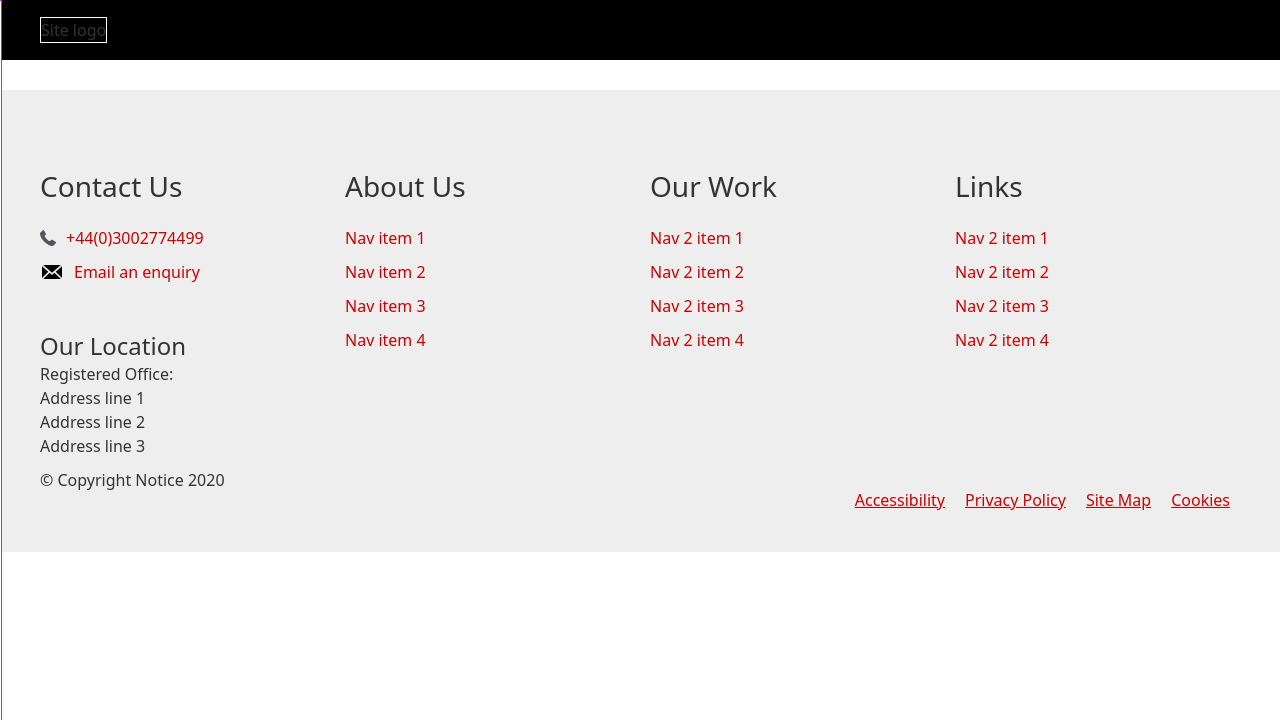
Repository: DaveBaulch/react-cms-components-typescript-styled
Page: /
These files come from the project's save history. The page is drawn as it stood at one moment and after a run of saves; the edit follows.
The browser window is 1280 px wide. The pictures show the whole page.
The project was rebuilt for these pictures with package versions that can differ from the ones it lists, and the page was loaded fresh each time.

Above is the page before, as saved 2020-12-17 16:05:36.

### src/sass/_base-styles.scss
@import 'utilities/variables';
@import 'utilities/mixins';
@import 'utilities/animations';

@import 'base/fonts';
@import 'base/resets';
@import 'base/elements';
@import 'base/typography';
@import 'base/forms';

@import 'helpers/text';
@import 'helpers/spacing';
@import 'helpers/colors';

@import 'global/header';
@import 'global/sidenav';
@import 'global/sidenavtoggle';
@import 'global/footer';

@import 'layout/layout';

### src/components/Global/SidenavToggle.js
import React from 'react';
const SidenavToggle = ({ onNavClick }) => {
  return (
    <div className="drawer-toggle" role="button" onClick={() => onNavClick()}>
      <div className="bar"></div>
      <div className="bar"></div>
      <div className="bar"></div>
    </div>
  );
};

export default SidenavToggle;

### src/sass/utilities/_variables.scss
// -------------------------
// 'true' is default
//  setting this creates extra responsive classes targetting defined breakpoints
//  eg the 'visually-hidden' mixin
$responsive: true !default;

// Custom 'brand' fonts
//$font: 'Open Sans', sans-serif; //Available weights 400,600,700
$font: 'Noto Sans', sans-serif;
// https://fonts.google.com/specimen/Noto+Sans?selection.family=Noto+Sans
// 400,400i,700,700i

$font-weight-light: 400;
$font-weight-normal: 400;
$font-weight-bold: 700;

// Let's set the base font size to 62.5% (10px) for easier calculations
$base-font-size: 62.5%;
$base-line-height: 1.5 !default;

$body-font-desktop: 1.6rem; // = 16px
$body-font-mobile: 1.6rem; // = 16px

// Breakpoints
// -------------------------

// Named breakpoints
$breakpoint-xs: 320px;
$breakpoint-sm: 576px;
$breakpoint-md: 768px;
$breakpoint-lg: 992px;
$breakpoint-xl: 1200px;

$xs-min: 0;
$xs-max: ($breakpoint-sm - 1);

$sm-min: $breakpoint-sm;
$sm-max: ($breakpoint-md - 1);

$md-min: $breakpoint-md;
$md-max: ($breakpoint-lg - 1);

$lg-min: $breakpoint-lg;
$lg-max: ($breakpoint-xl - 1);

$xl-min: $breakpoint-xl;

// Colors
// -------------------------

// Base colors
$white: #fff;
$black: #000;

$grey-dark: #616161;
$grey-light: #ddd;
$grey-lighter: #eee;

$blue: #06c;
$green: #298700;
$red: #db1731;
$yellow: #fd0;

// Background color
$body-bg-color: #fff !default;

// Brand colors
$brand-color-1: $grey-light;

// Text colors
$color-text: #333;
$color-headings: #333;
$color-error: #eee;

// Link colors
$color-link-active: #c00;
$color-link-visited: #c00;
$color-link-hover: #333;
$color-link-focus: #d4d4d4;
$color-link-disabled: #d4d4d4;

// Form colors
$color-invalid: #f0dddd;

// Borders
// -------------------------

// Border colors
$color-border: $grey-light;
$color-border-dark: $grey-dark;
$color-border-light: $grey-lighter;

// Border styling
$border-radius: 5px;
$border-width: 1px;
$border-style: solid;
$border-color: $color-border;

$border: $border-width $border-style $border-color;

// Focus state styling
$focus-outline-width: 2px;
$focus-outline-style: solid;
$focus-outline-color: $red;
$focus-outline: $focus-outline-width $focus-outline-style $focus-outline-color;
$focus-outline-offset: 0;

// Default projext transitions
$transition-speed: 0.4s;
$transition-easing: ease;

// some different speed variables
$transition-speed-slow: 1.2s;
$transition-speed-medium: 0.8s;
$transition-speed-fast: 0.2s;

  // complete transitions

$transition-opacity: opacity 0.3s ease;
$transition-opacity-fast: opacity 0.2s ease;
$transition-opacity-slow: opacity 0.5s ease;
$transition-opacity-slower: opacity 0.8s ease;
$transition-opacity-in-out: all 0.3s ease-in-out;
$transition-opacity-in-out-fast: all 0.1s ease-in-out;


// z-index scale
// --------------------------------------------------
$z-index-1: 100;
$z-index-2: 200;
$z-index-3: 300;
$z-index-4: 400;
$z-index-5: 500;
$z-index-6: 600;
$z-index-7: 700;
$z-index-8: 800;
$z-index-9: 900;
$z-index-10: 1000;

### src/sass/utilities/_mixins.scss
@mixin fill {
  width: 100%;
  height: 100%;
}

@mixin imageCover {
  object-fit: cover;
  @include fill;
}

@mixin absoluteFill {
  display: block;
  position: absolute;
  top: 0;
  left: 0;
  @include fill;
}

@mixin textGradient($top: $brand-primary, $bottom: $brand-light) {
  background: linear-gradient($top, $bottom);
  background-clip: text;
  -webkit-text-fill-color: transparent;
}

// accessible text
@mixin sr-only {
  border: 0 !important;

  height: 1px !important;
  margin: (-1px) !important;
  overflow: hidden !important;
  padding: 0 !important;
  position: absolute !important;
  width: 1px !important;
}

// breakpoints
// uses breakpoints defined in variables.scss
@mixin breakpoint($point, $value: 0) {
  @if $point==xs {
    @media screen and (max-width: $xs-max) {
      @content;
    }
  } @else if $point==sm {
    @media screen and (min-width: $sm-min) {
      @content;
    }
  } @else if $point==md {
    @media screen and (min-width: $md-min) {
      @content;
    }
  } @else if $point==lg {
    @media screen and (min-width: $lg-min) {
      @content;
    }
  } @else if $point==xl {
    @media screen and (min-width: $xl-min) {
      @content;
    }
  } @else {
    @media screen and ($point: $value) {
      @content;
    }
  }
}

@mixin between-breakpoints($min, $max) {
  @media screen and (min-width: $min) and (max-width: $max) {
    @content;
  }
}

@mixin full-width {
  width: 100vw;
  position: relative;
  left: 50%;
  right: 50%;
  margin-left: -50vw;
  margin-right: -50vw;
}

### src/sass/utilities/_animations.scss
@keyframes fadeIn {
    from {
      opacity: 0;
      visibility: hidden;
    }
    to {
      opacity: 1;
      visibility: visible;
    }
  }

@keyframes fadeOut {
    from {
      opacity: 1;
      visibility: visible;
    }
    to {
      opacity: 0;
      visibility: hidden;
    }
  }

@keyframes slideTop {
  0% {
    transform: translateY(100px);
  }
  100% {
    transform: translateY(0);
  }
}

@mixin fadeIn($duration: 0.3s) {
  animation: {
    name: fadeIn;
    fill-mode: forwards;
    duration: #{$duration};
  }
}

@mixin fadeOut($duration: 0.3s) {
  animation: {
    name: fadeOut;
    fill-mode: forwards;
    duration: #{$duration};
  }
}

### src/sass/base/_fonts.scss
// @font-face {
//   font-family: 'hurme';
//   src: url('~assets/fonts/hurme/hurme-light.otf') format('opentype');
//   font-weight: $font-weight-light;
// }

// @font-face {
//   font-family: 'hurme';
//   src: url('~assets/fonts/hurme/hurme-regular.otf') format('opentype');
//   font-weight: $font-weight-normal;
// }

// @font-face {
//   font-family: 'hurme';
//   src: url('~assets/fonts/hurme/hurme-semiBold.otf') format('opentype');
//   font-weight: $font-weight-bold;
// }

### src/sass/base/_resets.scss
html {
  //Prevent iOS input highlighting
  box-sizing: border-box;
  font-size: $base-font-size;
  -webkit-tap-highlight-color: rgba(0, 0, 0, 0);
}

body {
  -moz-osx-font-smoothing: grayscale;
  -webkit-font-smoothing: antialiased;
  background-color: $body-bg-color;
  color: $color-text;
  font-size: $body-font-mobile;
  line-height: $base-line-height;
  text-align: left;
  margin: 0;
  padding: 0;
  font-weight: $font-weight-light;

  @include breakpoint(lg) {
    font-size: $body-font-desktop;
  }
}

html,
body {
  max-width: 100% !important;
  overflow-x: hidden !important;
}

img {
  display: block;
  height: auto;
  -ms-interpolation-mode: bicubic;
  // option to make images responsive by default
  max-width: 100%;
}

### src/sass/base/_elements.scss
button {
  cursor: pointer;
  margin: 0;
}

img {
  max-width: 100%;
  pointer-events: none;

  &:not([src]) {
    visibility: hidden;
  }
}

.img-responsive {
  display: block;
  height: auto;
  max-width: 100%;
  width: 100%;
}

a {
  text-decoration: none;
  color: inherit;
}

ul:not([class]) {
  list-style: disc;
}

ol:not([class]) {
  list-style: decimal;
}

### src/sass/base/_typography.scss
body {
  font-family: $font;
  font-weight: $font-weight-normal;
}

// Generic heading styling

h1,
h2,
h3,
h4,
h5 {
  margin: 0;
  padding: 0;
  margin-top: 2rem;
  color: $color-headings;
  font-weight: $font-weight-bold;
}

h1 {
  font-size: 2rem;
  font-weight: 00;
  line-height: 1.6;

  @include breakpoint(lg) {
    font-size: 3.2rem;
    line-height: 1.5;
  }
}

h2 {
  font-size: 2rem;
  font-weight: 400;
  line-height: 1.4;
  margin: 2.9rem 0 0 0;

  @include breakpoint(lg) {
    font-size: 2.8rem;
    line-height: 1.43;
    margin: 4.6rem 0 0 0;
  }
}

h3 {
  font-size: 1.8rem;
  font-weight: 400;
  line-height: 1.33;
  margin: 2.9rem 0 0 0;

  @include breakpoint(lg) {
    font-size: 2.4rem;
    line-height: 1.33;
    margin: 4.6rem 0 0 0;
  }
}

h4 {
  font-size: 1.8rem;
  font-weight: 400;
  line-height: 1.5;
  margin: 2.9rem 0 0 0;


  @include breakpoint(lg) {
    font-size: 2.4rem;
    line-height: 1.4;
    margin: 4.6rem 0 0 0;
  }
}

h5 {
  font-size: 1.8rem;
  font-weight: 400;
  line-height: 1.5;
  margin: 2.9rem 0 0 0;

  @include breakpoint(lg) {
    font-size: 2.4rem;
    line-height: 1.56;
    margin: 4.6rem 0 0 0;
  }
}

// Link styles

a {
  color: $color-link-active;
  text-decoration: underline;
}

a:visited {
  color: $color-link-visited;
}

a:hover {
  color: $color-link-hover;
}

a:focus {
  color: $color-link-hover;
  outline: $focus-outline;
}

// Standard text paragraphs

p {
  margin: 2rem 0 0 0;
  padding: 0;
}

// List styles
ol,
ul {
  margin: 2rem 0 0 0;
  padding: 0;
  list-style: none;

  &:not([class]) {
    margin: 0 1.22rem 0.8rem 1.5rem;
    list-style-position: inside;
  }
}

ol:not([class]) {
  list-style-type: decimal;
}

ul:not([class]) {
  list-style-type: disc;
}

// Definition list styles

dl {
}

dt {
  font-weight: bold;
}

// Opinionated styling of typographic elements

hr {
  height: 1px;
  margin: 1em 0;
  padding: 0;
  display: block;
  border: 0;
  border-top: 1px solid $grey-light;
}

blockquote {
  margin: 0;
  padding: 0 10px;
}

ins {
  background: $red;
  color: $black;
  text-decoration: none;
}

mark {
  font-style: italic;
  font-weight: bold;
}

pre {
  white-space: pre-wrap;
  word-wrap: break-word;
}

### src/sass/base/_forms.scss
form {
  margin: 0;
}

// overrides fieldset styling in  _normalize.scss
fieldset {
  border: 0;
  margin: 0;
  padding: 0;
}

label,
.form__label {
  margin: 3rem 0 0 0;
  display: block;
  clear: both;
  font-weight: normal;
}

button,
input,
select,
textarea {
  font-size: $body-font-desktop;
  font-family: $font;
}

textarea {
  resize: vertical;
}

legend {
  white-space: normal;
}

button {
  line-height: normal;
}

input:valid,
textarea:valid {
}

input:invalid,
textarea:invalid {
  background-color: #f0dddd;
}

::-webkit-input-placeholder {
  color: $color-text;
  opacity: 1;
}

::-moz-placeholder {
  color: $color-text;
  opacity: 1;
}

:-ms-input-placeholder {
  color: $color-text;
  opacity: 1;
}

// To add, with examples

// Form structure

.form-wrapper {
  width: 210px;

  @include breakpoint(sm) {
    width: 360px;
  }
}

//wrapper for a label, element and associated validation
.form__group {
  width: 210px;
  margin: 0 0 15px 0;

  @include breakpoint(sm) {
    width: 360px;
  }
}

//wrapper for multiple grouped inline groups - eg date/time/year fields
.form__group-wrapper {
  overflow: hidden;
  margin-bottom: 1.5em;
}

//wrapper for form element and validation
.form__item {
}

.validation {
  display: none;
}

.has-error,
.validation,
.field-validation-error {
  clear: both;
  display: block;
  color: $red;
}

input[type='text'],
input[type='email'],
input[type='password'],
textarea,
select {
  width: 100%;
  height: auto;
  display: block;
  padding: 0.7rem;
  color: $color-text;
  background-color: $white;
  background-image: none;
  border: $border;
  margin-top: 1rem;

  &:active,
  &:focus {
    outline: 0;
    border: $focus-outline;
  }

  &:disabled {
    background-color: $color-link-disabled;
  }
}

select {
  padding: 1.2rem 0.7rem;
}

.select-day {
  width: 65px;
  margin: side-values(0 2px 0 0);

  @include breakpoint(sm) {
    width: 118px !important;
  }
}

.select-month {
  width: 65px;
  margin: side-values(0 2px 0 0);

  @include breakpoint(sm) {
    width: 118px !important;
  }
}

.select-year {
  width: 74px;
  margin: side-values(0 2px 0 0);

  @include breakpoint(sm) {
    width: 118px !important;
  }
}


input[type='radio'],
input[type='checkbox'] {
  margin: side-values(0 5px 0 0);
}

input[type='submit'],
input[type='reset'] {
  padding: 6px 20px;
}

.radio,
.checkbox {
  clear: both;
  display: block;
}

// .checkbox-inline-group  (for horizontal groups of checkboxes)
// .radio-inline-group     (for horizontal groups of radio buttons)

.radio-inline-group,
.checkbox-inline-group {
  display: flex;
}

.radio-inline-group__item,
.checkbox-inline-group__item {
  margin: side-values(0 30px 0 0);
}

// .form--horizontal  (for labels inline with form elements)

.form--horizontal {
  @include breakpoint(sm) {
    width: 600px;
  }

  .form__group {
    @include breakpoint(sm) {
      width: 600px;
      display: flex;
    }
  }

  label,
  .form__label {
    @include breakpoint(sm) {
      width: 250px;
      margin: side-values(0 10px 0 0);
    }
  }

  .form__item {
    @include breakpoint(sm) {
      width: 340px;
    }
  }
}

// .form--inline  (for groups of elements on a single line)

.form--inline {

  @include breakpoint(sm) {
    width: 630px;
    display: flex;
  }

  .form__group {
    margin-bottom: 5px;

    @include breakpoint(sm) {
      width: 150px;
      margin: side-values(0 5px 0 0);
    }
  }

  .form__item {
    @include breakpoint(sm) {
      width: 150px;
    }
  }

  // .btn {
  // }
}

// Suggestion

// Form error states:
// .has-error
// .has-success
// .has-warning

// Error state icons
// .has-feedback

// uppercase input text but not placeholder
// useful for fields such as postcodes, car registration numbers etc
input.uppercase::-moz-placeholder {
  text-transform: none !important;
}

input.uppercase::-webkit-input-placeholder {
  text-transform: none !important;
}

input.uppercase:-ms-input-placeholder {
  text-transform: none !important;
}

// Example of CSS radio buttons
// See: http://www.sitepoint.com/replacing-radio-buttons-without-replacing-radio-buttons/
// There is a known issue with Samsung Android 4 (also early iOS) but this works tested on S3 and S4
// However, please test thoroughly on all supported devices and raise and issues


.styled-radio-buttons {
  /* One radio button per line */

  label {
    display: block;
    line-height: 2.5;
    font-size: 1.5em;
  }

  /* HTML5 Boilerplate accessible hidden styles */
  [type='radio'] {
    border: 0;
    clip: rect(0 0 0 0);
    height: 1px;
    margin: -1px;
    overflow: hidden;
    padding: 0;
    position: absolute;
    width: 1px;
  }

  [type='radio']+span {
    display: block;
  }

  /* the basic, unchecked style */
  [type='radio']+span::before {
    content: '';
    display: inline-block;
    width: 1em;
    height: 1em;
    vertical-align: -0.25em;
    border-radius: 1em;
    border: 0.125em solid #fff;
    box-shadow: 0 0 0 0.15em #000;
    margin: side-values(0 0.75em 0 0);
    transition: 0.5s ease all;
  }

  /* the checked style using the :checked pseudo class */
  [type='radio']:checked+span::before {
    background: green;
    box-shadow: 0 0 0 0.25em #000;
  }

  /* never forget focus styling */
  [type='radio']:focus+span::after {
    content: '\0020\2190';
    font-size: 1.5em;
    line-height: 1;
    vertical-align: -0.125em;
  }
}


//Example of CSS Checkbox
.styled-checkbox {
  /* One radio button per line */

  label {
    display: block;
    line-height: 2.5;
    font-size: 1.5em;
  }

  /* HTML5 Boilerplate accessible hidden styles */
  [type='checkbox'] {
    border: 0;
    clip: rect(0 0 0 0);
    height: 1px;
    margin: -1px;
    overflow: hidden;
    padding: 0;
    position: absolute;
    width: 1px;
  }

  [type='checkbox']+span {
    display: block;
  }

  /* the basic, unchecked style */
  [type='checkbox']+span::before {
    content: '';
    display: inline-block;
    width: 1em;
    height: 1em;
    vertical-align: -0.25em;
    border: 0.125em solid #fff;
    box-shadow: 0 0 0 0.15em #000;
    margin: side-values(0 0.75em 0 0);
    transition: 0.5s ease all;
  }

  /* the checked style using the :checked pseudo class */
  [type='checkbox']:checked+span::before {
    background: green;
    box-shadow: 0 0 0 0.25em #000;
  }

  /* never forget focus styling */
  [type='checkbox']:focus+span::after {
    content: '\0020\2190';
    font-size: 1.5em;
    line-height: 1;
    vertical-align: -0.125em;
  }
}



//Default (styled) radio button (to be used as standard radio button styles without the class round it)
//This will make it work straight from a CMS
.default-radio {
  /* One radio button per line */

  label {
    display: block;
    line-height: 2.5;
    font-size: 1.5em;
  }

  /* HTML5 Boilerplate accessible hidden styles */
  [type='radio'] {
    border: 0;
    clip: rect(0 0 0 0);
    height: 1px;
    margin: -1px;
    overflow: hidden;
    padding: 0;
    position: absolute;
    width: 1px;
  }

  /* the basic, unchecked style */
  [type='radio']+label::before {
    content: '';
    display: inline-block;
    width: 1em;
    height: 1em;
    vertical-align: -0.25em;
    border-radius: 1em;
    border: 0.125em solid #fff;
    box-shadow: 0 0 0 0.15em #000;
    margin: side-values(0 0.75em 0 0);
    transition: 0.5s ease all;
  }

  /* the checked style using the :checked pseudo class */
  [type='radio']:checked+label::before {
    background: green;
    box-shadow: 0 0 0 0.25em #000;
  }

  /* never forget focus styling */
  [type='radio']:focus+label::after {
    content: '\0020\2190';
    font-size: 1.5em;
    line-height: 1;
    vertical-align: -0.125em;
  }
}

//Default (styled) checkbox (to be used as standard checkbox styles without the class round it)
//This will make it work straight from a CMS
.default-checkbox {
  /* One checkbox button per line */

  label {
    display: block;
    line-height: 2.5;
    font-size: 1.5em;
  }

  /* HTML5 Boilerplate accessible hidden styles */
  [type='checkbox'] {
    border: 0;
    clip: rect(0 0 0 0);
    height: 1px;
    margin: -1px;
    overflow: hidden;
    padding: 0;
    position: absolute;
    width: 1px;
  }

  [type='checkbox']+label {
    display: block;
  }

  /* the basic, unchecked style */
  [type='checkbox']+label::before {
    content: '';
    display: inline-block;
    width: 1em;
    height: 1em;
    vertical-align: -0.25em;
    border: 0.125em solid #fff;
    box-shadow: 0 0 0 0.15em #000;
    margin: side-values(0 0.75em 0 0);
    transition: 0.5s ease all;
  }

  /* the checked style using the :checked pseudo class */
  [type='checkbox']:checked+label::before {
    background: green;
    box-shadow: 0 0 0 0.25em #000;
  }

  /* never forget focus styling */
  [type='checkbox']:focus+label::after {
    content: '\0020\2190';
    font-size: 1.5em;
    line-height: 1;
    vertical-align: -0.125em;
  }
}

### src/sass/helpers/_text.scss
.uppercase {
  text-transform: uppercase;
}

.font-light {
  font-weight: $font-weight-light;
}

.font-normal {
  font-weight: $font-weight-normal;
}

.font-bold {
  font-weight: $font-weight-bold;
}

.sr-only {
  @include sr-only;
}

### src/sass/helpers/_spacing.scss
.no-padding {
  padding: 0;
}

.no-margin {
  margin: 0;
}

### src/sass/helpers/_colors.scss
// .bg-white {
//   background-color: $brand-white;
// }
// .bg-white-alt {
//   background-color: $brand-white-alt;
// }
// .bg-black {
//   background-color: $brand-black;
// }
// .bg-primary {
//   background-color: $brand-primary;
// }
// .bg-primary-alt {
//   background-color: $brand-primary-alt;
// }
// .bg-dark {
//   background-color: $brand-dark;
// }
// .bg-dark-alt {
//   background-color: $brand-dark-alt;
// }
// .bg-light {
//   background-color: $brand-lightest;
// }
// .bg-light-alt {
//   background-color: $brand-light-alt;
// }

### src/sass/global/_header.scss
.header-container {
  width: 100%;
  min-height: 60px;
  background-color: $black;
  position: fixed;
  top: 0;

  @include breakpoint(md) {
    position: relative;
  }
}

.header {
  width: 100%;
  min-height: 60px;
  display: flex;
  justify-content: space-between;
  align-items: center;
  background-color: $black;
  box-sizing: border-box;
  padding: 0;
}

.logo {
  margin: 0;
  padding: 0;
  border: 1px solid $white;
}

.logo__link {
  margin: 0;
  padding: 1rem;
  text-decoration: none;
  color: $white;
  display: block;
}

.navigation-items {
  display: none;

  @include breakpoint(md) {
    display: block;
  }
}

### src/sass/global/_sidenav.scss
.sidenav-container {
  height: 100vh;
  width: 1px;
  position: fixed;
  top: 0;
  left: 0;
  z-index: 100;
}

.sidenav-backdrop {
  width: 100%;
  height: 100%;
  background-color: rgba(0, 0, 0, 0.7);
  position: fixed;
  top: 0;
  left: 0;
}

.sidenav-wrapper {
  width: 300px;
  height: 100vh;
  background-color: white;
  transition: all 0.3s ease-out;
  transform: translateX(-300px);
  border: 1px solid #f0f;
  z-index: 1000;
}

.nav-active .sidenav-wrapper {
  transform: translateX(0);
}

.sidenav {
  height: 100%;
  width: 300px;
  background-color: white;
  //z-index: 10000;
  // position: fixed;
  // top: 0;
  // left: 0;
  box-sizing: border-box;
  padding: 30px;
}

// .slide-side-enter-active,
// .slide-side-leave-active {
//   transition: all 0.3s ease-out;
// }
// .slide-side-enter,
// .slide-side-leave-to {
//   transform: translateX(-100%);
// }

.nav-list {
  list-style: none;
  padding: 0;
  margin: 0;
}

.nav-item {
  margin: 20px 0;
}

.nav-item a {
  text-decoration: none;
  color: black;
  font-size: 1.5rem;
}

.nav-item a:hover,
.nav-item a:active {
  color: red;
}

### src/sass/global/_sidenavtoggle.scss
.drawer-toggle {
  display: flex;
  flex-direction: column;
  justify-content: space-around;
  height: 40px;
  width: 35px;
  cursor: pointer;
}

@media (min-width: 768px) {
  .drawer-toggle {
    display: none;
  }
}

.drawer-toggle .bar {
  width: 90%;
  height: 2px;
  background-color: white;
}

### src/sass/global/_footer.scss
.row {
  display: grid;
  grid-template-columns: repeat(12, 1fr);
  grid-gap: 20px;
}

.footer-wrapper {
  background-color: $grey-lighter;
}

.footer {
  margin: 3rem auto 0  auto;
  padding: 3rem 0;
}

.footer__col {
  margin: 0;
}

.footer__col--1 {
  grid-column: 1 / 13;

  @include breakpoint(md) {
    grid-column: 1 / 7;
  }

  @include breakpoint(lg) {
    grid-column: 1 / 4;
  }
}

.footer__col--2 {
  grid-column: 1 / 13;

  @include breakpoint(md) {
    grid-column: 7 / 13;
  }

  @include breakpoint(lg) {
    grid-column: 4 / 7;
  }
}

.footer__col--3 {
  grid-column: 1 / 13;

  @include breakpoint(md) {
    grid-column: 1 / 7;
  }

  @include breakpoint(lg) {
    grid-column: 7 / 10;
  }
}

.footer__col--4 {
  grid-column: 1 / 13;

  @include breakpoint(md) {
    grid-column: 7 / 13;
  }

  @include breakpoint(lg) {
    grid-column: 10 / 13;
  }
}

.footer__sub1 {
  margin: 0 0 3rem 0;
}

.footer__sub2 {
  margin: 0 0 1rem 0;
}

// footer nav lists
.footer-nav {
  margin: 2rem auto 0 auto;
  list-style: none;
}

.footer-nav__item {
  margin: 0 0 1rem 0;
  padding: 0;
  display: flex;
}

.footer-nav__item-icon {
  margin-right: 1rem;
}

.footer-nav__link {
  text-decoration: none;

  &:hover,
  &:focus {
    color: $color-link-hover;
    text-decoration: underline;
  }
}

.copyright-notice-wrapper{
  grid-column: 1 / 13;

  @include breakpoint(lg) {
    grid-column: 1 / 4;
  }
}

.footer-links-wrapper {
  grid-column: 1 / 13;

  @include breakpoint(lg) {
    grid-column: 4 / 13;
  }
}

.footer-links {
  margin: 0 auto;
  list-style: none;

  @include breakpoint(lg) {
    display: flex;
    justify-content: flex-end;
    margin-top: 2rem;
  }
}

.footer-links__item {
  margin: 0 1rem 1rem 1rem;
}

.footer-links__link {
  display: block;
  text-decoration: none;

  &:hover,
  &:focus {
    color: $color-link-hover;
    text-decoration: underline;
  }
}

### src/sass/layout/_layout.scss
.container {
  width: calc(100% - 30px);
  max-width: 1200px;
  margin: 0 auto;
  padding: 0;
  position: relative;
  padding: 0 15px;
}

.row {
  display: grid;
  grid-template-columns: repeat(12, 1fr);
  grid-gap: 20px;
}

.main {
  padding-top: 60px;

  @include breakpoint(md) {
    padding-top: 0;
  }
}

// picturefill-background background images
.picturefill-background {
  background-size: cover;
  background-repeat: no-repeat;
  opacity: 1;
  transition: opacity 2s ease;

  &.is-lazy {
    opacity: 0;
  }
}

Loaded but not shown: public/index.html (common file); src/index.js (common file); public/data/footer-data.json (107 lines, source omitted); src/components/Global/Footer.js (128 lines, source omitted); src/components/Global/Sidenav.js (35 lines, source omitted); src/components/App.js (36 lines, source omitted); src/components/Global/Header.js (18 lines, source omitted); src/components/Global/FooterNavLinks.js (17 lines, source omitted); src/components/Global/FooterLinks.js (15 lines, source omitted)

After the next 4 saves:
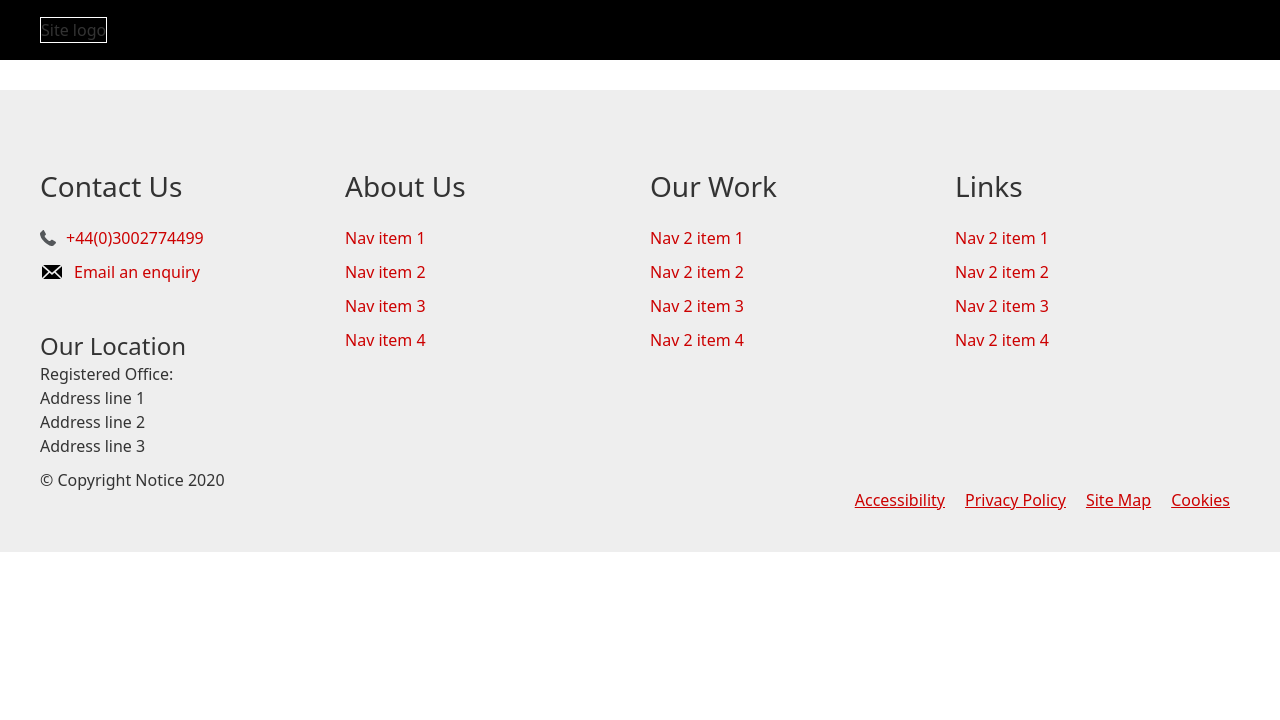
The 4 saves are shown as one change because 1 did not build or start and some came seconds apart.
The last was saved 67 s later.
--- a/src/sass/global/_sidenav.scss
+++ b/src/sass/global/_sidenav.scss
@@ -22,8 +22,6 @@
   background-color: white;
   transition: all 0.3s ease-out;
   transform: translateX(-300px);
-  border: 1px solid #f0f;
-  z-index: 1000;
 }
 
 .nav-active .sidenav-wrapper {
